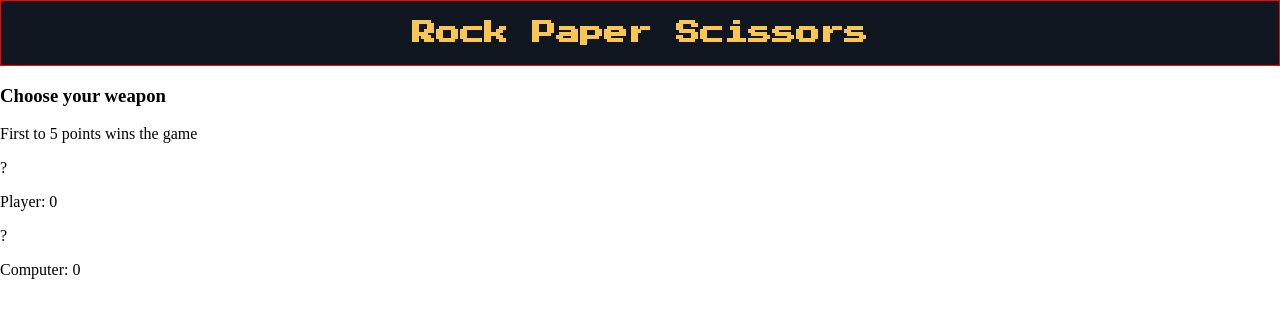
Repository: Aaryan-Poria/Rock-Paper-Scissors
Page: index.html
An editor plug-in stored every save of this project. The page is shown before and after the next save, followed by the edit.
The browser window is 1280 px wide. The pictures show the whole page.

Above is the page before, as saved 2023-08-21 21:30:35.

### index.html
<!DOCTYPE html>
<html lang="en">
  <head>
    <meta charset="UTF-8" />
    <meta name="viewport" content="width=device-width, initial-scale=1.0" />
    <title>Rock Paper Scissors</title>
    <link rel="preconnect" href="https://fonts.googleapis.com" />
    <link rel="preconnect" href="https://fonts.gstatic.com" crossorigin />
    <link
      href="https://fonts.googleapis.com/css2?family=Press+Start+2P&display=swap"
      rel="stylesheet"
    />
    <link rel="stylesheet" href="style.css" />
  </head>

  <body>
    <section class="head">
      <h2>Rock Paper Scissors</h2>
    </section>
    <section class="main">
      <div class="main-text">
        <h3>Choose your weapon</h3>
        <p>First to 5 points wins the game</p>
      </div>
      <div class="player-text">
        <p class="qmark 1">?</p>
        <p class="score 1">Player: 0</p>
      </div>
      <div class="comp-text">
        <p class="qmark 2">?</p>
        <p class="score 2">Computer: 0</p>
      </div>
    </section>
  </body>
</html>

### style.css
body {
  margin: 0;
  padding: 0;
  display: flex;
  flex-direction: column;
}
.head {
  display: flex;
  justify-content: center;
  align-items: center;
  border: 1px solid red;
  color: #fac650;
  background-color: #111720;
  font-family: "Press Start 2P", cursive;
}

After the next save:
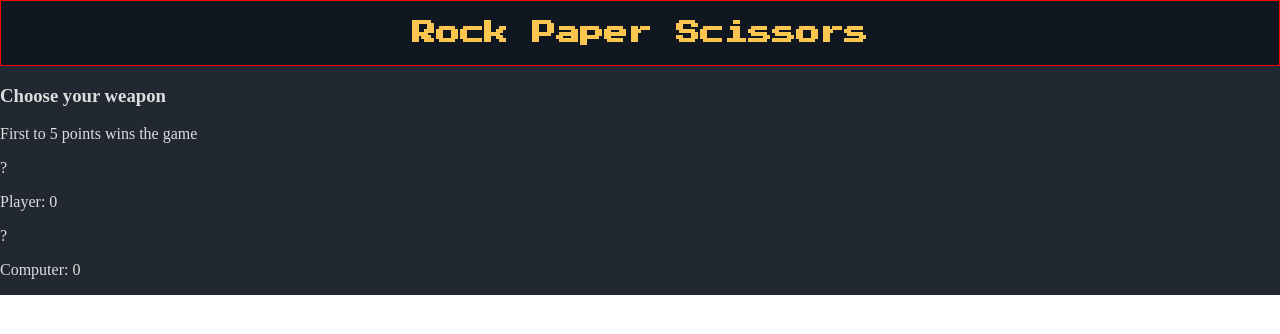
Saved 63 s later.
--- a/style.css
+++ b/style.css
@@ -13,3 +13,7 @@ body {
   background-color: #111720;
   font-family: "Press Start 2P", cursive;
 }
+.main {
+  background-color: #222831;
+  color: #dddddd;
+}
